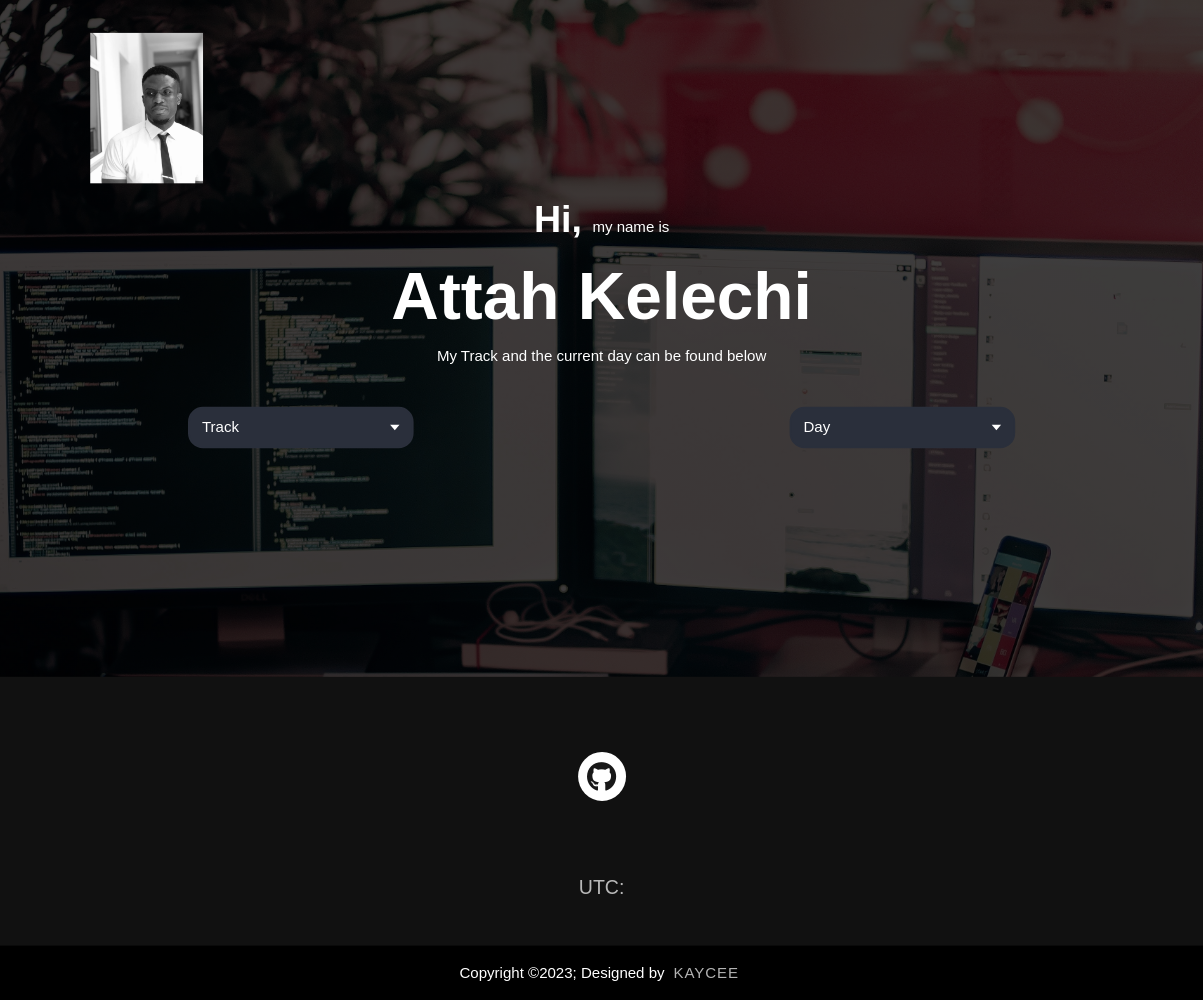
Repository: Kaycee-attah/HNG-Internship_2023
Page: index.html
The author's editor kept a copy of each file at every save. The page is drawn from the files as they stood at one save, then again after the next save.
The browser window is 1280 px wide. The pictures show the whole page, at 94% of full size.

Above is the page before, as saved 2023-09-07 12:12:10.

### index.html
<!DOCTYPE html>
<html lang="en">
<head>
    <meta charset="UTF-8">
    <meta name="viewport" content="width=device-width, initial-scale=1.0">
    <title>How to make a website - Easy tutorial</title>
    <link rel="stylesheet" href="style.css">
    <link rel="stylesheet" href="https://cdnjs.cloudflare.com/ajax/libs/font-awesome/6.4.2/css/all.min.css" integrity="sha512-z3gLpd7yknf1YoNbCzqRKc4qyor8gaKU1qmn+CShxbuBusANI9QpRohGBreCFkKxLhei6S9CQXFEbbKuqLg0DA==" crossorigin="anonymous" referrerpolicy="no-referrer" />
</head>
<body>
    <div class="banner">
        <div class="navbar">
            <img class="logo" src="slack_DP.JPG" alt="Kaycee" data-testid="slackDisplayImage">
            <!-- <ul>
                <li><a href="#">Home</a></li>
                <li><a href="#">Bedroom</a></li>
                <li><a href="#">Dining</a></li>
                <li><a href="#">Kitchen</a></li>
                <li><a href="#">Backyard</a></li>
            </ul> -->
        </div>
    </div>
    <div class="content">
        <h2>Hi, <span class="text"> my name is</span></h2>
        <h1 data-testid="slackUserName">Attah Kelechi</h1>
        <span class="text-sm">My Track and the current day can be found below</span>

        <div class="track_info">
            <div class="dropdown">
                <div class="select">
                    <span class="selected">Track</span>
                    <div class="caret"></div>
                </div>
                <ul class="menu">
                    <li data-testid="myTrack">Frontend </li>

                </ul>

                <!-- <button type="button"><span class="btn"></span> MORE</button>
                <button type="button"><span class="btn"></span>SUBSCRIBE</button> -->
            </div>
            <div class="dropdown">
                <div class="select">
                    <span class="selected">Day</span>
                    <div class="caret"></div>
                </div>
                <ul class="menu">
                    <li data-testid="currentDayOfTheWeek">Framer </li>

                </ul>

                <!-- <button type="button"><span class="btn"></span> MORE</button>
                <button type="button"><span class="btn"></span>SUBSCRIBE</button> -->
            </div>
        </div>


    </div>
    <footer>
        <div class="footer_Container">
            <div class="social-icon">
                <a href=""><i class="fa-brands fa-github"></i></a>
            </div>

        </div>
        <div class="footer_Info">
            <ul>
                <li data-testid="currentUTCTime">UTC: </li>

            </ul>
        </div>
        <div class="footer_Bottom">
            <p>Copyright &copy;2023; Designed by <span class="designer">Kaycee</span></p>
        </div>
    </footer>

    <script src="script.js"></script>
</body>

</html>

### style.css
*{
    margin: 0;
    padding: 0;
    font-family: sans-serif;

}
body{
    background-image: linear-gradient(rgba(0,0,0,0.75), rgba(0,0,0,0.75)), url(IMG_6759.JPG);
    background-size: cover;
    background-position: center;
}

.banner{
    width: 100%;
    height: 100vh;


}
.navbar{
    width: 85%;
    margin: auto;
    padding: 35px 0;
    display: flex;
    align-items: center;
    justify-content: space-between;
}
.logo{
    width: 120px;
    cursor: pointer;
}
.navbar ul li{
    list-style: none;
    display: inline-block;
    margin: 0 20px;
    position: relative;
}
.navbar ul li a{
    text-decoration: none;
    color: #fff;
    text-transform: uppercase;
}
.navbar ul li::after{
    content: "";
    height: 3px;
    width: 0;
    background: #009688;
    position: absolute;
    left: 0;
    bottom: -10px;
    transition: 0.5s;
}
.navbar ul li:hover::after{
    width: 100%;
}
.content{
    width: 100%;
    position: absolute;
    top: 50%;
    transform: translateY(-50%);
    text-align: center;
    color: #fff;
}
.content h1{
    font-size: 70px;
    margin-top: 20px;
    /* margin-bottom: 10px; */
}
.content h2{
    font-size: 2.5em;
    /* margin-top: 20px; */
}
.content p{
    margin: 20px auto;
    font-weight: 100;
    line-height: 25px;
}
.text{
    margin: 0;
    font-weight: 20;
    font-size: medium;
    line-height: 5px;
}
.text-sm{
    /* margin: 35px auto; */
    font-weight: 10;
    font-size: 16px;
    line-height: 45px;
}
.track_info {
    display: flex;
    justify-content: space-around;
    align-items: center;
}
.dropdown{
    min-width: 15em;
    position: relative;
    margin: 2em;
    /* display: flex;
    justify-content: space-between;
    align-items: center; */

}
.dropdown *{
    box-sizing: border-box;
}

.select{
    background: #2a2f3b;
    color: #fff;
    display: flex;
    justify-content: space-between;
    align-items: center;
    border: 2px #2a2f3b solid;
    border-radius: 1em;
    cursor: pointer;
    transition: background 0.3s;
    padding: 0.7em 0.8em;
}
.select-clicked{
    border: 2px #26489a solid;
    box-shadow: 0 0 0.8em #26489a;
    display: flex;
    justify-content: space-between;


}

.select:hover{
    background: #323741;
}

.caret{
    width: 0;
    height: 0;
    border-left: 5px solid transparent;
    border-right: 5px solid transparent;
    border-top: 6px solid #fff;
    transition: 0.3s;
}

.caret-rotate{
    transform: rotateX(180deg);

}

.selected-rotate{
    transform: rotateX(180deg);

}

.menu{
    list-style: none;
    padding: 0.2em 0.5em;
    background: #323741;
    border: 1px #363a43 solid;
    box-shadow: 0 0.5em 1em rgba(0, 0, 0, 0.2);
    border-radius: 0.5em;
    color: #9fa5b5;
    position: absolute;
    width: 100%;
    top: 4em;
    min-height: auto;
    left: 50%;
    transform: translateX(-50%);
    opacity: 0;
    display: none;
    transition: 0.2s;
    z-index: 1;
}

.menu li{
    padding: 0.7em 0.5em;
    margin: 0.3em 0;
    border-radius: 0.5em;
}

.menu li:hover{
    background: #2a2d35;
}

.menu-open{
    display: block;
    opacity: 1;
}


button{
    width: 200px;
    padding: 15px 0;
    text-align: center;
    margin: 20px 10px;
    border-radius: 25px;
    font-weight: bold;
    border: 2px solid #009688;
    background: transparent;
    color: #fff;
    cursor: pointer;
    position: relative;
    overflow: hidden;
}
.btn{
    background: #009688;
    height: 100%;
    width: 0;
    border-radius: 25px;
    position: absolute;
    left: 0;
    bottom: 0;
    z-index: -1;
    transition: 0.5s;
}
button:hover span{
    width: 100%;
}
footer{
    background-color: #111;
    width: 100%;
}
.footer_Container{
    /* width: 100%; */
    padding: 70px 30px 20px;
}
.social-icon{
    display: flex;
    justify-content: center;
}
.social-icon a{
    text-decoration: none;
    padding: 10px;
    background-color: white;
    margin: 10px;
    border-radius: 50%;
}
.social-icon a i{
    font-size: 2em;
    color: black;
    opacity: 0.9;
}


.social-icon a:hover{
    background-color: #111;
    transition: 0.5s;
}
.social-icon a:hover i{
    background-color: white;
    transition: 0.5s;
}
.footer_Info{
    margin: 30px 0;
}
.footer_Info ul{
    display: flex;
    justify-content: space-around;
}
.footer_Info ul li{
    color: white;
    margin: 20px;
    text-decoration: none;
    list-style: none;
    font-size: 1.3em;
    opacity: 0.7;
    transition: 0.5s;
}

.footer_Bottom {
    background-color: #000;
    padding: 20px;
    text-align: center;
}
.footer_Bottom p{
    color: white;

}
.designer{
    opacity: 0.7;
    text-transform: uppercase;
    letter-spacing: 1px;
    font-weight: 400;
    margin: 0px 5px;
    /* position: fixed; */
}

@media (max-width: 700px){
    .footer_Info ul{
        flex-direction: column;
    }
    .footer_Info ul li{
        width: 100%;
        text-align: center;
        margin: 10px 0;
    }
}

### script.js
const now = new Date();
const day = now.getDay();
const hours = now.getHours();
const minutes = now.getMinutes();
const UTCtimeStamp = now.getTime();
const GMTdate_and_time = now.toUTCString();
const daysOfWeek = [
    "Sunday",
    "Monday",
    "Tuesday",
    "Wednesday",
    "Thursday",
    "Friday",
    "Saturday"
]
const today = daysOfWeek[day];
const UTC = now.getUTCMilliseconds();
console.log("Current day of the week:", today)
console.log("UTC:", UTC)

console.log("UTCtimeStamp:", UTCtimeStamp)
console.log("GMTdate_and_time:", GMTdate_and_time)

const dropdowns = document.querySelectorAll('.dropdown');

dropdowns.forEach(dropdown => {
    const select = dropdown.querySelector('.select');
    const caret = dropdown.querySelector('.caret');
    const menu = dropdown.querySelector('.menu');
    const options = dropdown.querySelector('.menu li');
    const selected = dropdown.querySelector('.selected');


    select.addEventListener('click', () => {
        select.classList.toggle('select-clicked');
        select.classList.toggle('caret-rotate');
        selected.classList.toggle('selected-rotate');
        menu.classList.toggle('menu-open');
    })

    // options.forEach(option => {
    //     option.addEventListener('click', () => {
    //         // select.classList.toggle('select-clicked');
    //         select.classList.remove('select-clicked')
    //         caret.classList.remove('caret-rotate');
    //         menu.classList.remove('menu-open');


    //     })
    // })
})

After the next save:
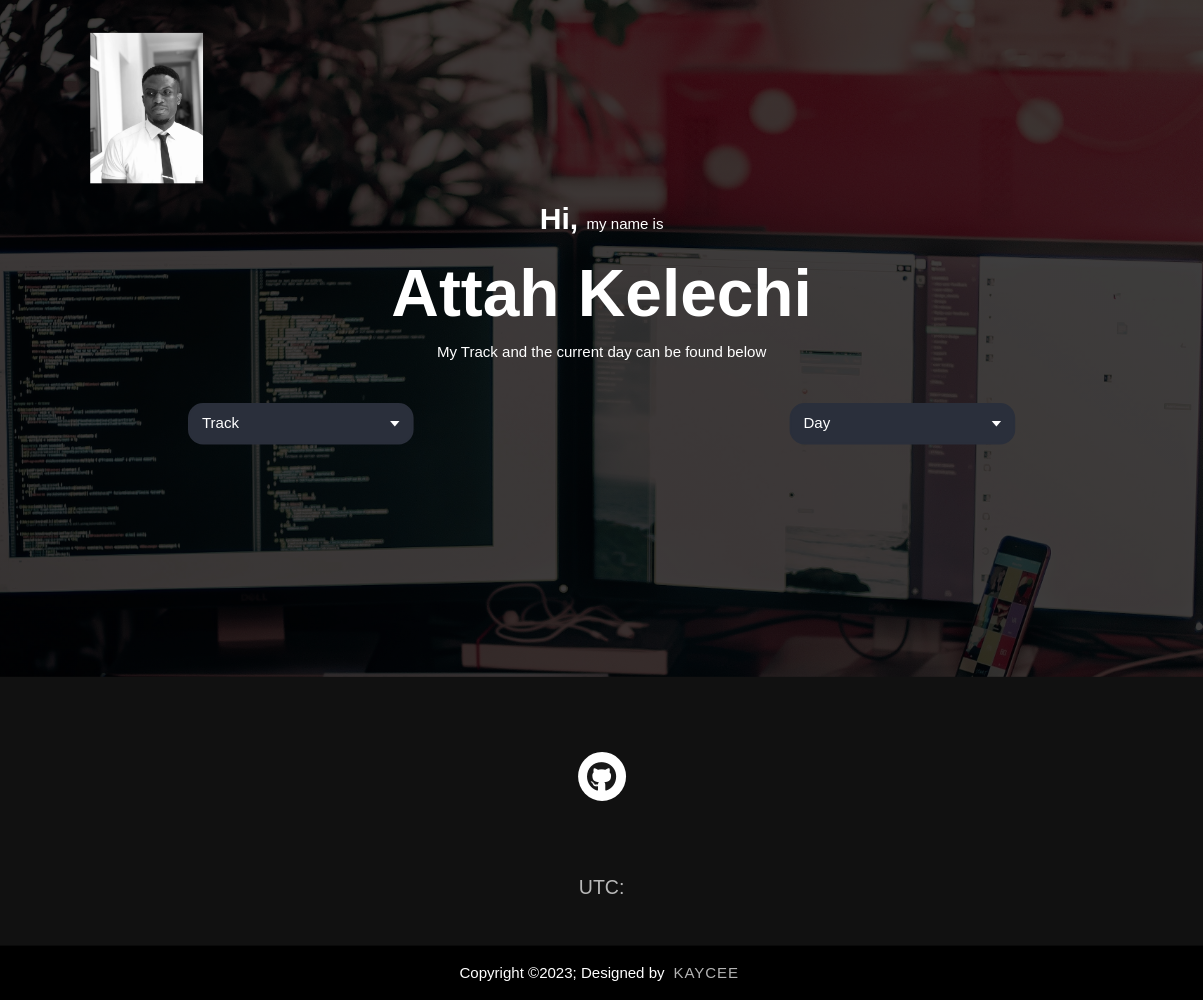
Saved 18 s later.
--- a/style.css
+++ b/style.css
@@ -66,7 +66,7 @@ body{
     /* margin-bottom: 10px; */
 }
 .content h2{
-    font-size: 2.5em;
+    font-size: 2.0em;
     /* margin-top: 20px; */
 }
 .content p{
